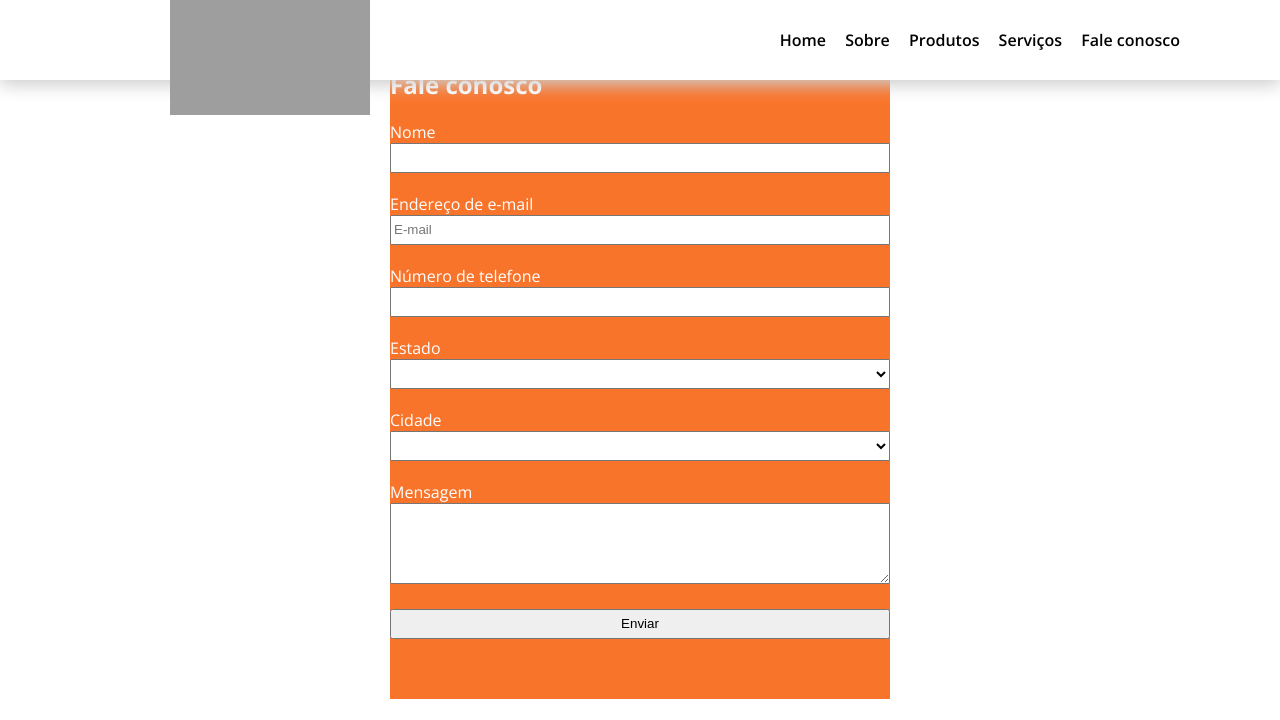
Repository: Iluiscarlos/Projeto-Site-PetShop
Page: Contacts.html
An editor plug-in stored every save of this project. The page is shown before and after the next save, followed by the edit.
The browser window is 1280 px wide. The pictures show the whole page.
Pictures or frames that could not be fetched are drawn as grey boxes. Some web libraries are served in a nearby version.

Above is the page before, as saved 2022-04-26 22:50:47.

After the next save:
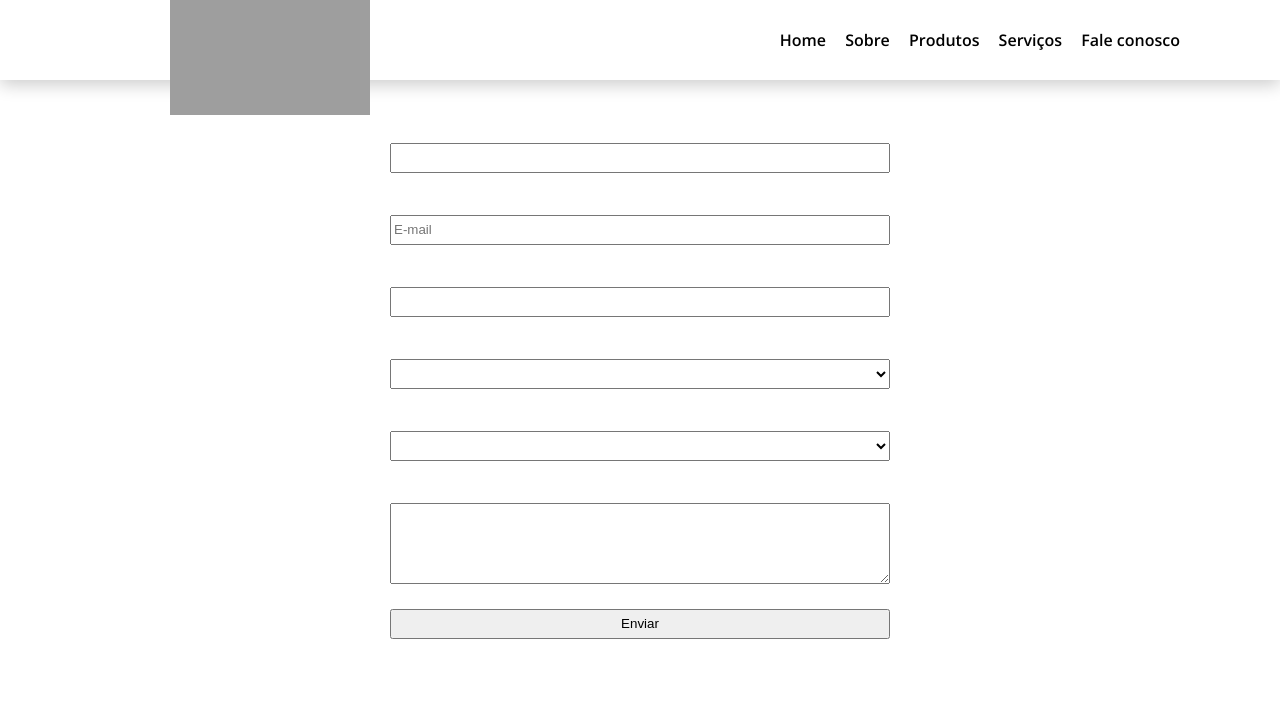
Saved 28 s later.
--- a/Contacts.html
+++ b/Contacts.html
@@ -93,7 +93,7 @@
     }
 
     #form {
-      background-color: #f9742b;
+      background-color:#ffffff;
       color: #ffffff;
       padding-top: 40px;
       padding-bottom: 40px;
